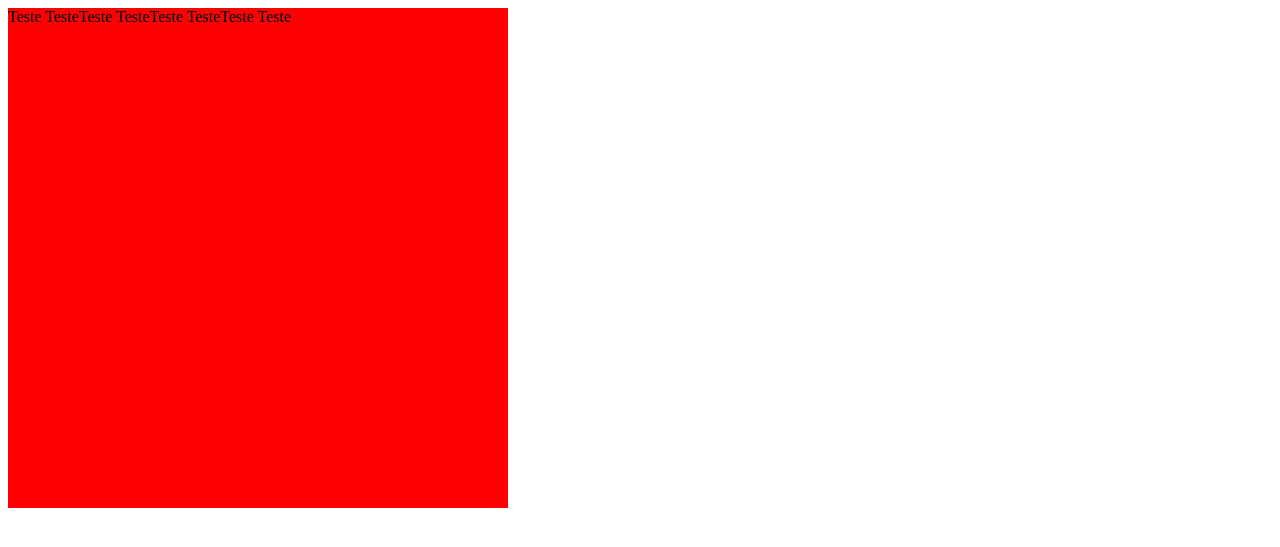
Repository: Leandromarim/Curso_Origamid
Page: index.html
These files come from the project's save history. The page is drawn as it stood at one moment and after the next save; the edit follows.
The browser window is 1280 px wide. The pictures show the whole page.

Above is the page before, as saved 2023-07-19 00:22:42.

After the next save:
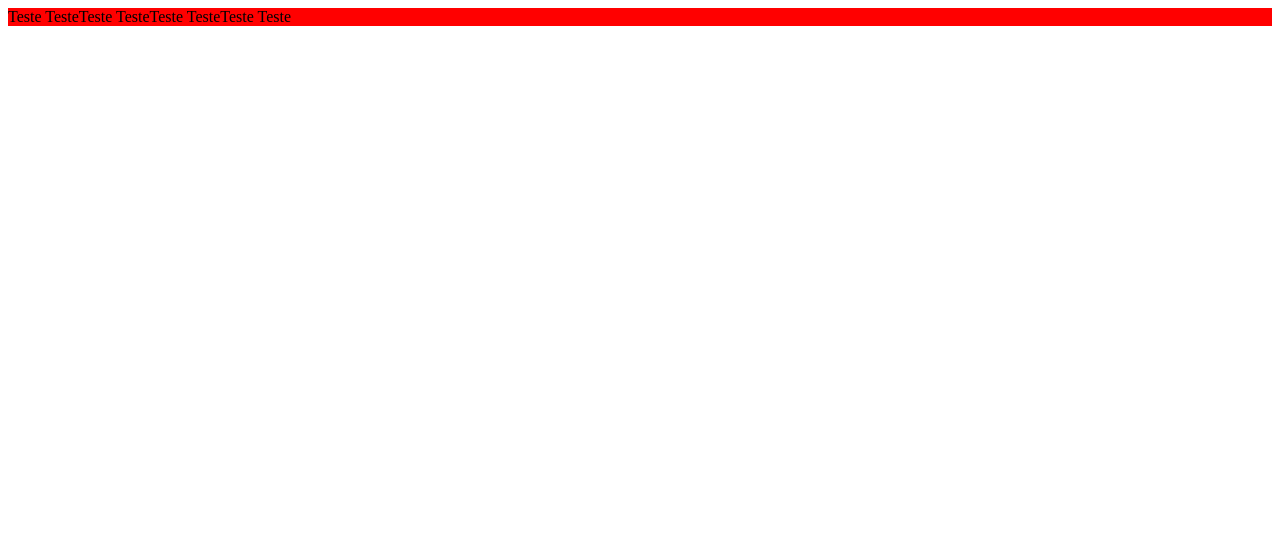
Saved 17 s later.
--- a/css/stylesheet.css
+++ b/css/stylesheet.css
@@ -2,6 +2,4 @@
     display: flex;
     position: relative;
     background-color: red;
-    width: 500px;
-    height: 500px;
 }
